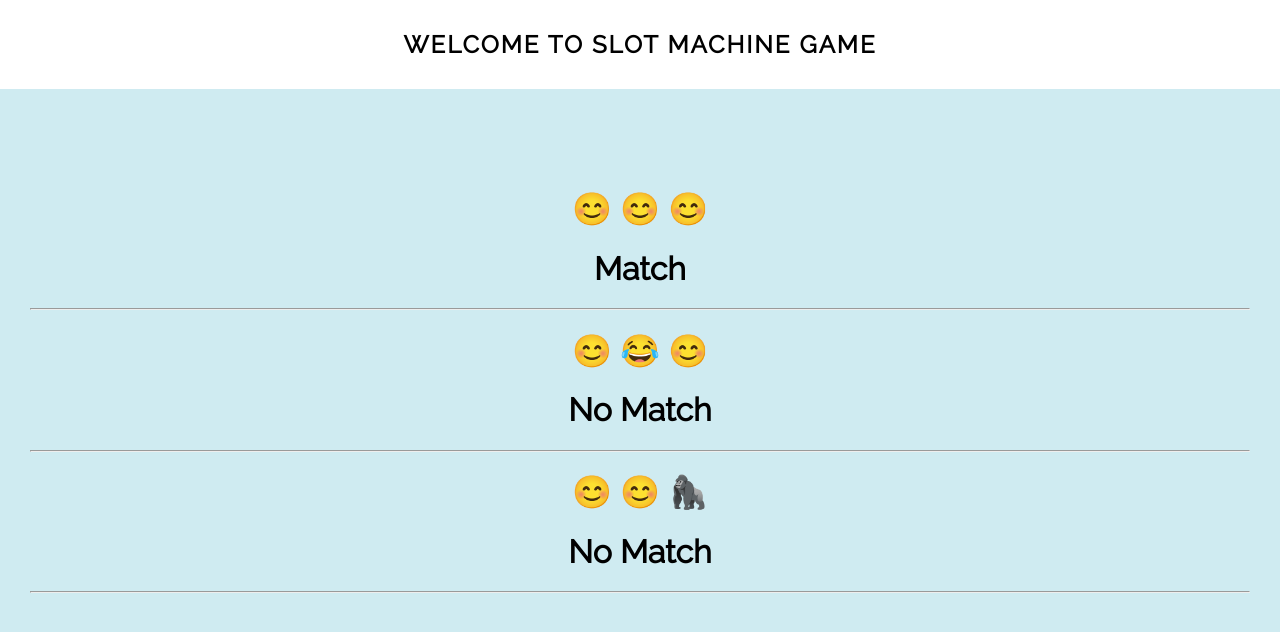
Repository: duggallakshya/slotMachineReact
Page: /
These files come from the project's save history. The page is drawn as it stood at one moment and after the next save; the edit follows.
The browser window is 1280 px wide. The pictures show the whole page.
The project was rebuilt for these pictures with package versions that can differ from the ones it lists, and the page was loaded fresh each time.

Above is the page before, as saved 2022-03-23 00:35:30.

### src/index.js
import React from 'react';
import ReactDOM from 'react-dom';
import './index.css';
import App from './App';

ReactDOM.render(
  <App />,
  document.getElementById('root')
)

### src/index.css
@import url('https://fonts.googleapis.com/css2?family=Raleway&display=swap');
body{
  background-color: rgb(207, 235, 241);
  margin: 0;
  padding: 0;

}

.heading-style{
  padding: 30px 0;
  margin-top: 0px;
  text-align: center;
  font-family:'Raleway', sans-serif;
  text-transform: uppercase;
  font-size: 13px;
  letter-spacing: 2px;
  font-weight: 500;
  background-color: #fff;
  font-size: 1.5rem;
  margin-bottom: 30px;
  font-weight: bold;
}

.slot-inner{
  text-align: center;
  font-family: 'Raleway', sans-serif ;
}
.main-div{
  display: flexbox;
  flex-direction: column;
  height: auto;
  justify-content: center;
  align-items: center;
  /* background-color: bisque; */
  padding: 50px 30px;

}

### src/App.jsx
import React from 'react';
import SlotMachine from './SlotMachine';

const App = () => {
    return(
        <>
            <h1 className="heading-style"> Welcome to Slot machine game </h1>
            <div className="main-div">
                <SlotMachine x ='😊' y ='😊' z ='😊'/>
                <SlotMachine x ='😊' y ='😂' z ='😊'/>
                <SlotMachine x ='😊' y ='😊' z ='🦍'/>
            </div>
        </>
    )
}

export default App;

### src/SlotMachine.jsx
import React from 'react';

const SlotMachine = (props) => {
    if(props.x===props.y && props.y==props.z){
        return (
            <>
                <div className="slot-inner">

                    <h1> {props.x} {props.y} {props.z} </h1>
                    <h1> Match </h1>
                    <hr/>

                </div>
            </>
        )
    }
    else{
        return (
            <>
                <div className="slot-inner">

                    <h1> {props.x} {props.y} {props.z} </h1>
                    <h1> No Match </h1>
                    <hr/>

                </div>
            </>
        )
    }
}

export default SlotMachine;

Loaded but not shown: public/index.html (common file)

After the next save:
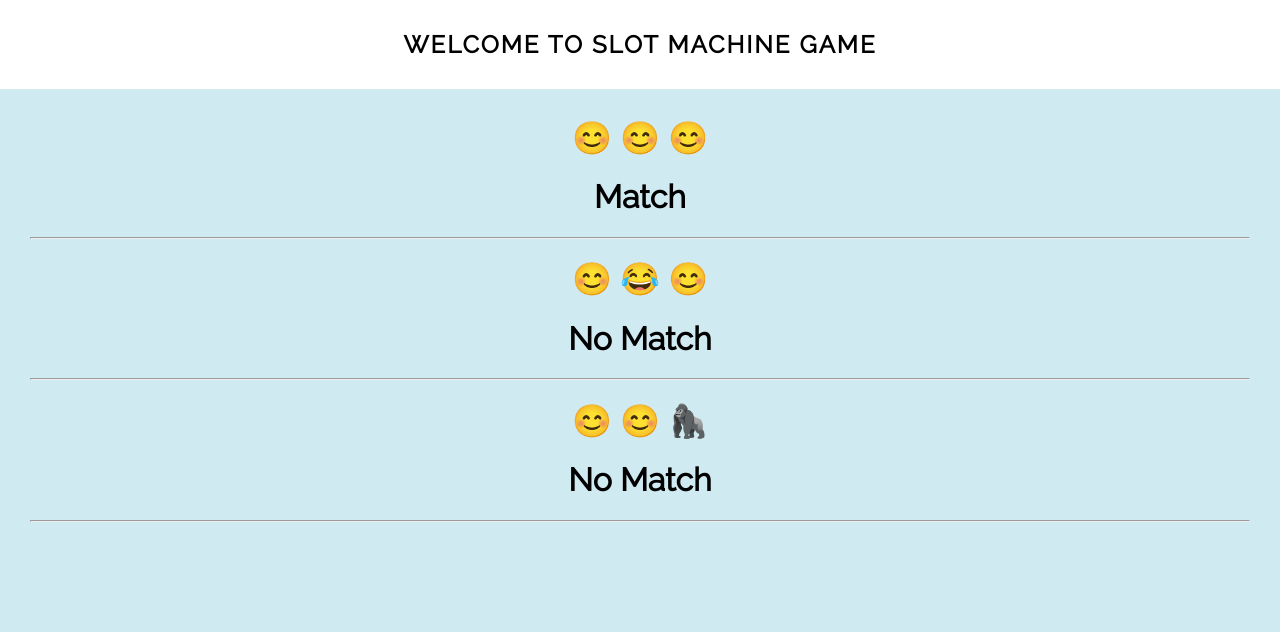
Saved 6 s later.
--- a/src/index.css
+++ b/src/index.css
@@ -32,6 +32,6 @@ body{
   justify-content: center;
   align-items: center;
   /* background-color: bisque; */
-  padding: 50px 30px;
+  padding: 0px 30px;
 
 }
